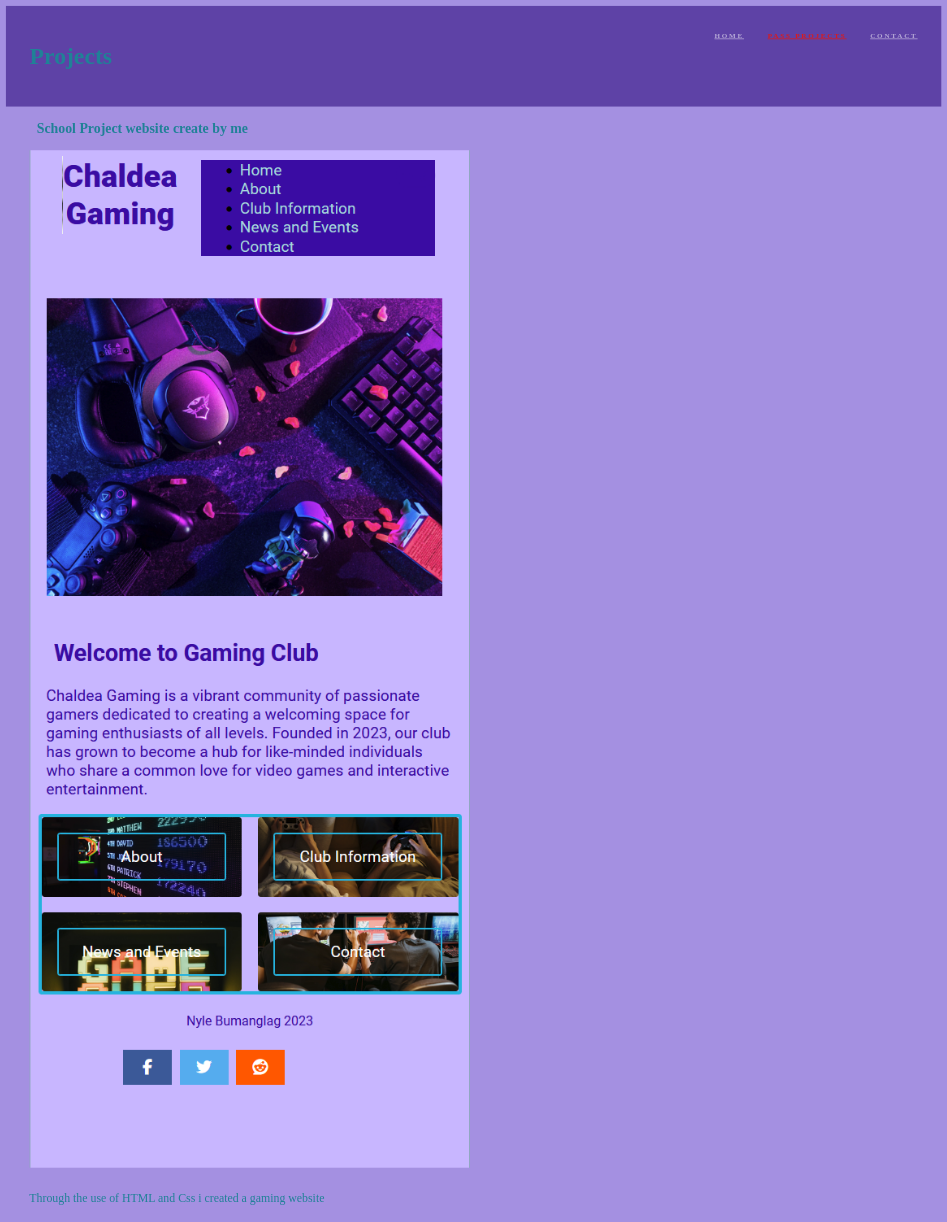
Repository: NyleNC/main
Page: projects.html
An editor plug-in stored every save of this project. The page is shown before and after the next save, followed by the edit.
The browser window is 1280 px wide. The pictures show the whole page, at 74% of full size.

Above is the page before, as saved 2024-11-07 00:40:46.

After the next save:
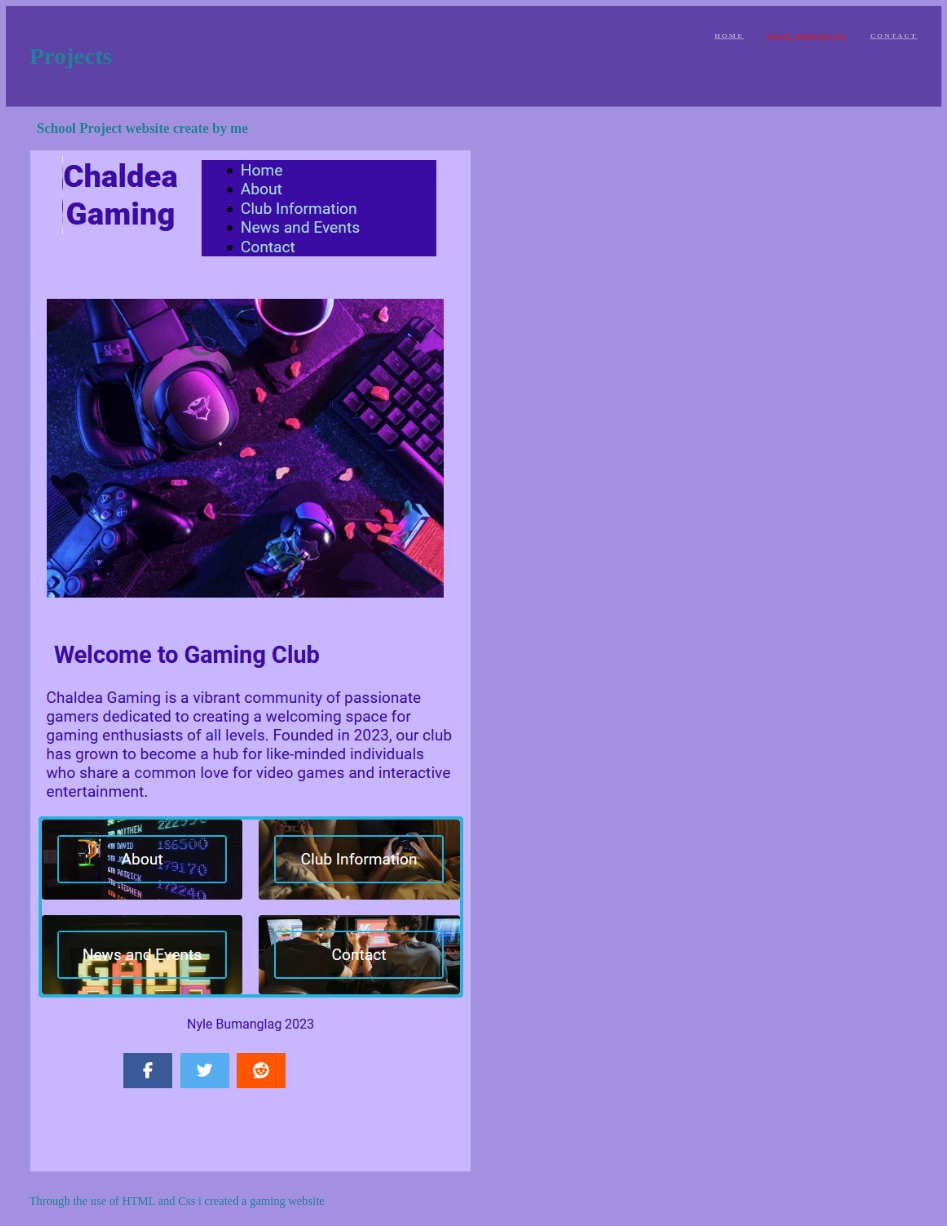
Saved 4 s later.
--- a/style.css
+++ b/style.css
@@ -66,7 +66,7 @@ color: #dd1a1a;
 }
  .container{
     margin: 0 auto;
-    gap: 10px;
+    gap: 5px;
     display: grid;
     grid-template-columns:  1fr 1fr;
 	width: 95%;
